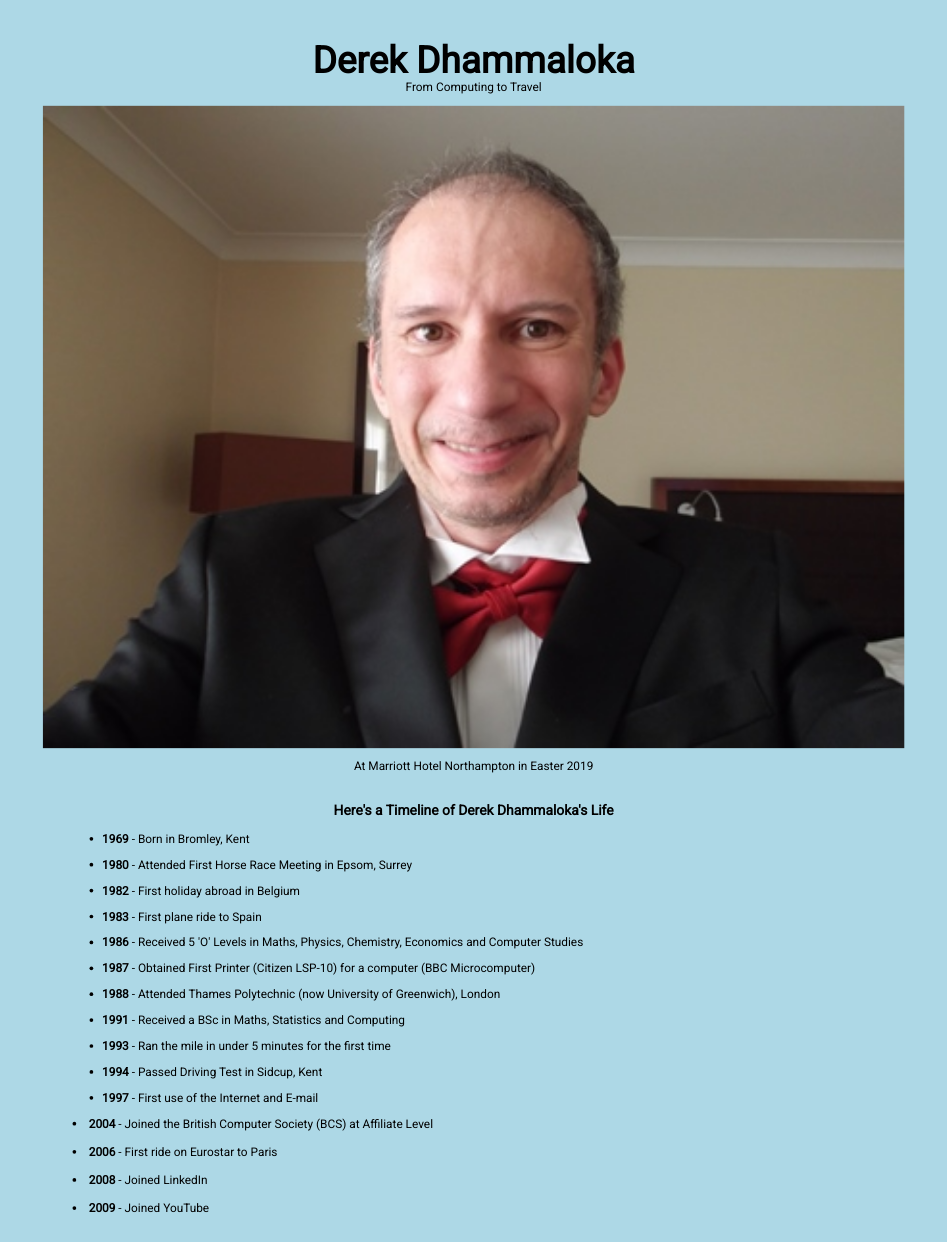
Repository: derektypist/tribute-page
Page: index.html
The author's editor kept a record of every edit. The page is drawn from the files as they stood at one moment, then again after the next edit.
The browser window is 1280 px wide. The pictures show the whole page, at 74% of full size.

Above is the page before.

### index.html
<!DOCTYPE html>
<html lang="en">

<head>
    <meta charset="UTF-8">
    <meta name="viewport" content="width=device-width, initial-scale=1.0">
    <meta http-equiv="X-UA-Compatible" content="ie=edge">
    <title>Derek Dhammaloka Tribute Page</title>
    <!-- Load Style Sheets -->
    <link href="https://fonts.googleapis.com/css?family=Roboto&display=swap" rel="stylesheet">
    <style>
        /* Main Styles */

        #main {
            font-family: "Roboto", Arial, Verdana, sans-serif;
            background-color: lightblue;
            padding: 10px;
            text-align: center;
        }



        /* Title */

        #title {
            font-weight: 700;
            font-size: 50px;
            text-align: center;
        }


        /* Images */

        #img-div {
            position: relative;
            bottom: 35px;
        }

        #image {
            width: 100%;
            display: block;
            height: auto;
        }

        #img-caption {
            position: relative;
            top: 15px;
        }

        /* Tribute Info */

        #tribute-info {

            text-align: left;
            margin-left: 80px;

        }
    </style>
</head>

<body id="main">
    <!-- Set Header Element -->
    <header>
        <h1 id="title">Derek Dhammaloka</h1>
    </header>

    <!-- Set Main Element -->
    <main>

        <!-- Display Image with its Caption -->
        <div id="img-div">
            <p>From Computing to Travel</p>
            <figure>
                <img src="derek.JPG" id="image" title="At Marriott Hotel Northampton - Easter 2019" alt="At Marriott Hotel Northampton - Easter 2019">
                <figcaption id="img-caption">At Marriott Hotel Northampton in Easter 2019</figcaption>
            </figure>
        </div>
        <section>
            <h3>Here's a Timeline of Derek Dhammaloka's Life</h3>
            <!-- Display Tribute Information -->
            <article id="tribute-info">
                <!-- Display Information for 1969 -->
                <ul>
                    <li><strong>1969 </strong>- Born in Bromley, Kent</li>
                </ul>

                <!-- Display Information for 1980 -->
                <ul>
                    <li><strong>1980 </strong>- Attended First Horse Race Meeting in Epsom, Surrey</li>
                </ul>

                <!-- Display Information for 1982 -->
                <ul>
                    <li><strong>1982 </strong>- First holiday abroad in Belgium</li>
                </ul>

                <!-- Display Information for 1983 -->
                <ul>
                     <li><strong>1983 </strong>- First plane ride to Spain</li>
                </ul>

                <!-- Display Information for 1986 -->
                <ul>
                    <li><strong>1986 </strong>- Received 5 'O' Levels in Maths, Physics, Chemistry, Economics and Computer Studies</li>
                </ul>

                <!-- Display Information for 1987 -->
                <ul>
                    <li><strong>1987 </strong>- Obtained First Printer (Citizen LSP-10) for a computer (BBC Microcomputer)</li>
                </ul>


                <!-- Display Information for 1988 -->
                <ul>
                    <li><strong>1988 </strong>- Attended Thames Polytechnic (now University of Greenwich), London</li>
                </ul>

                <!-- Display Information for 1991 -->
                <ul>
                   <li><strong>1991 </strong>- Received a BSc in Maths, Statistics and Computing</li>
                </ul>

                <!-- Display Information for 1993 -->
                <ul>
                    <li><strong>1993 </strong>- Ran the mile in under 5 minutes for the first time</li>
                </ul>

                <!-- Display Information for 1994 -->
                <ul>
                    <li><strong>1994 </strong>- Passed Driving Test in Sidcup, Kent</li>
                </ul>

                <!-- Display Information for 1997 -->
                <ul>
                    <li><strong>1997 </strong>- First use of the Internet and E-mail</li>
                </ul>
                <li><strong>2004 </strong>- Joined the British Computer Society (BCS) at Affiliate Level</li>
                <br>
                <li><strong>2006 </strong>- First ride on Eurostar to Paris</li>
                <br>
                <li><strong>2008 </strong>- Joined LinkedIn</li>
                <br>
                <li><strong>2009 </strong>- Joined YouTube</li>
                <br>
            </article>
        </section>
    </main>
</body>

</html>

After the next edit:
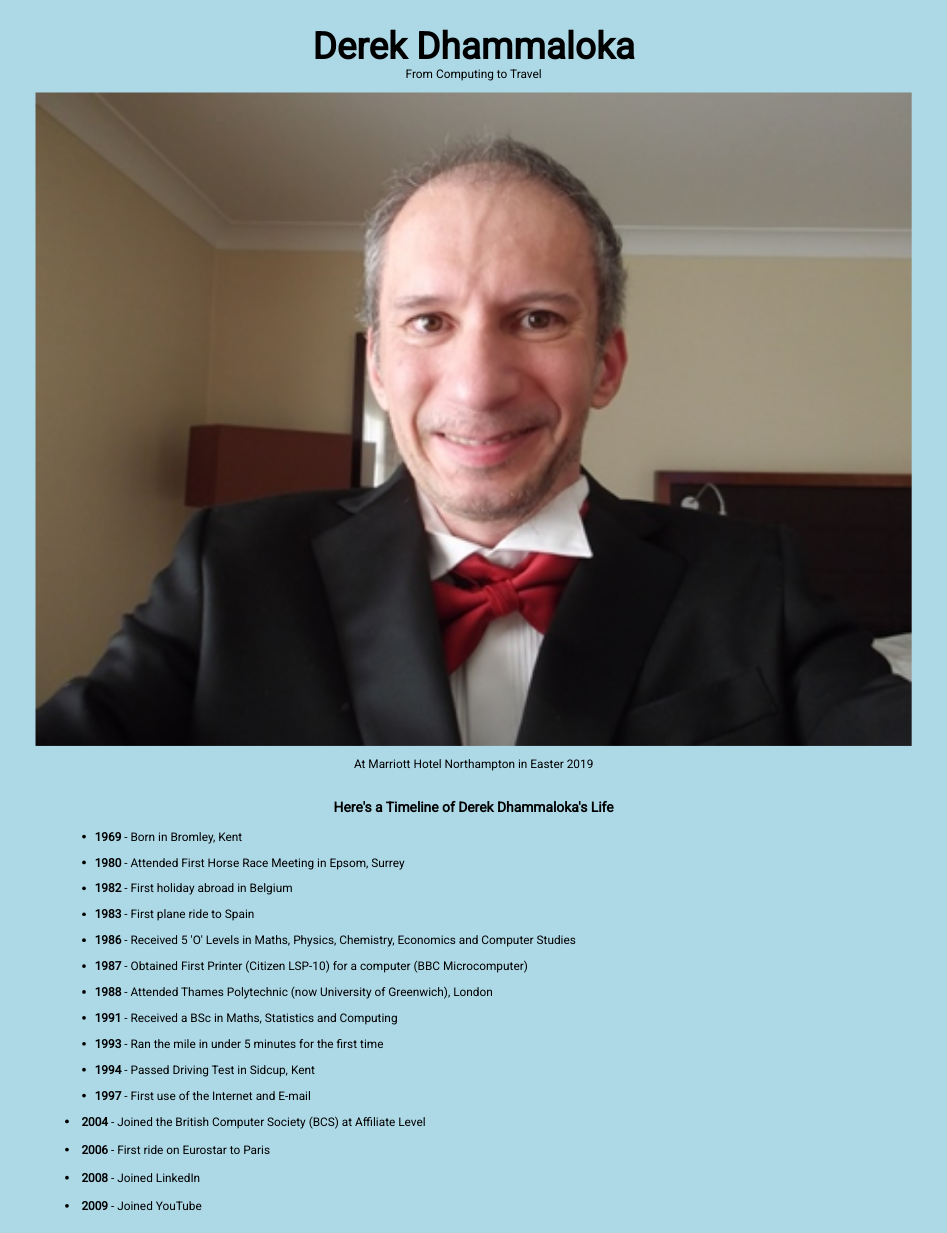
The edit:
--- a/index.html
+++ b/index.html
@@ -14,7 +14,6 @@
         #main {
             font-family: "Roboto", Arial, Verdana, sans-serif;
             background-color: lightblue;
-            padding: 10px;
             text-align: center;
         }
 
